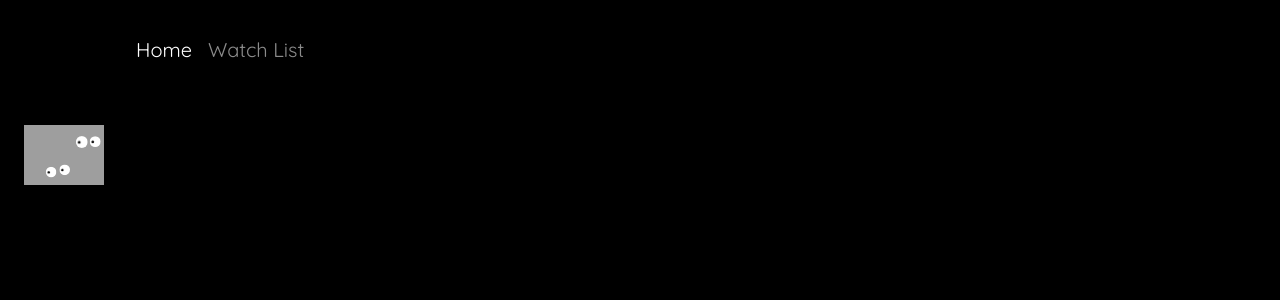
Repository: dangnguyenblackie/Movie-Review-Site
Page: / (app in movie-app/)
An editor plug-in stored every save of this project. The page is shown before and after the next save, followed by the edit.
The browser window is 1280 px wide. The pictures show the whole page.
Pictures or frames that could not be fetched are drawn as grey boxes. The page's requests for data from a server got no answer. The project was rebuilt for these pictures with package versions that can differ from the ones it lists, and the page was loaded fresh each time. No one was signed in, and anything a server would have sent is missing. Also part of the build but not shown: movie-app/vite.config.ts.

Above is the page before, as saved 2023-08-10 17:37:35.

After the next save:
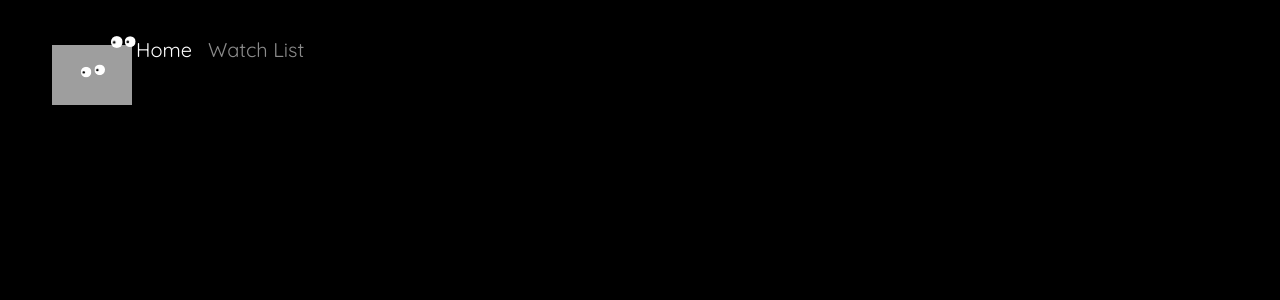
Saved 68 s later.
--- a/movie-app/src/components/morty/Morty.css
+++ b/movie-app/src/components/morty/Morty.css
@@ -16,6 +16,6 @@
 
 #rick-and-morty-container{
     scale: 20%;
-    max-height: 12%;
-    max-width: 30%;
+    max-height: 100px;
+    max-width: 100px;
 }
